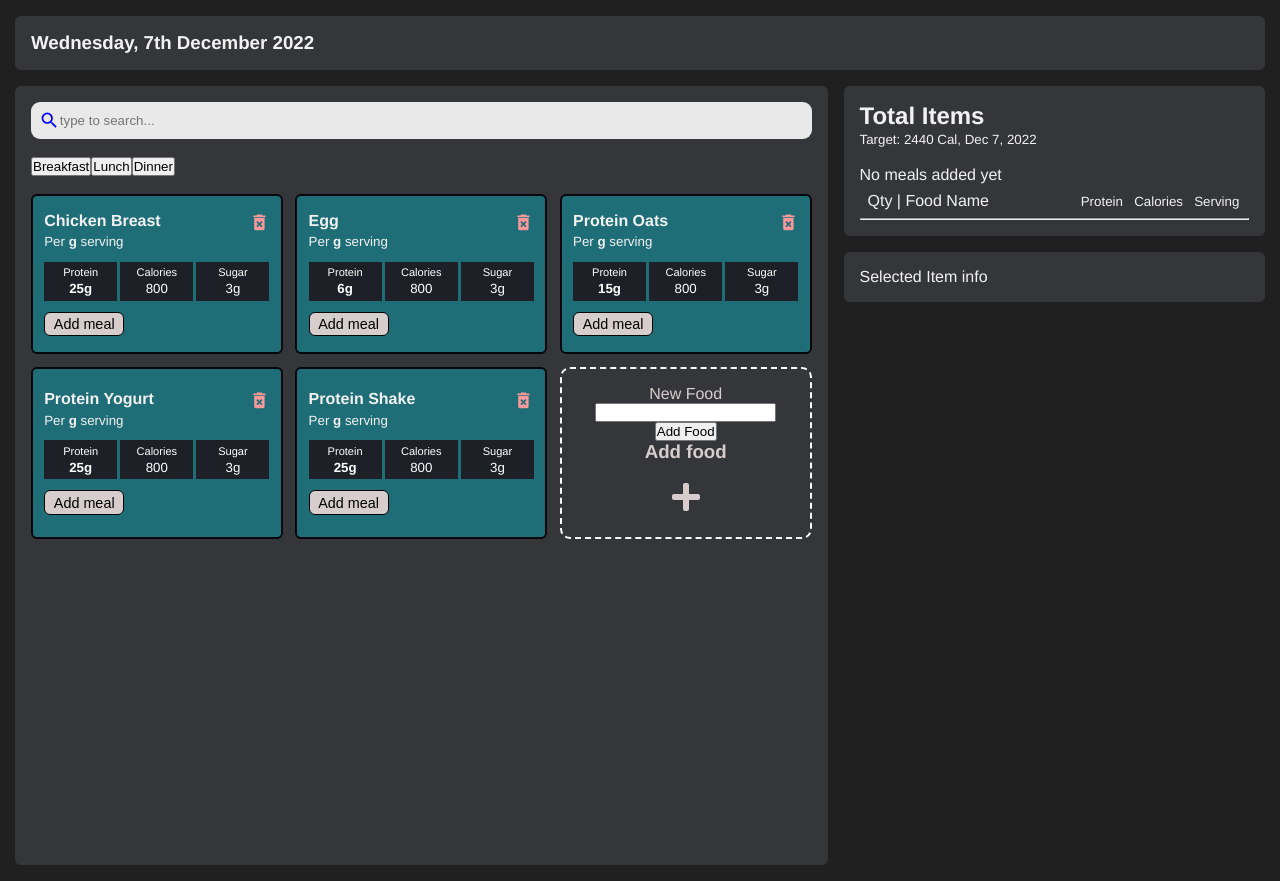
Repository: CEEPREL/NutritionTracker
Page: /
An editor plug-in stored every save of this project. The page is shown before and after the next save, followed by the edit.
The browser window is 1280 px wide. The pictures show the whole page.
The project was rebuilt for these pictures with package versions that can differ from the ones it lists, and the page was loaded fresh each time. Also part of the build but not shown: vite.config.js, src/components/Header.js.

Above is the page before, as saved 2022-12-15 18:55:00.

After the next save:
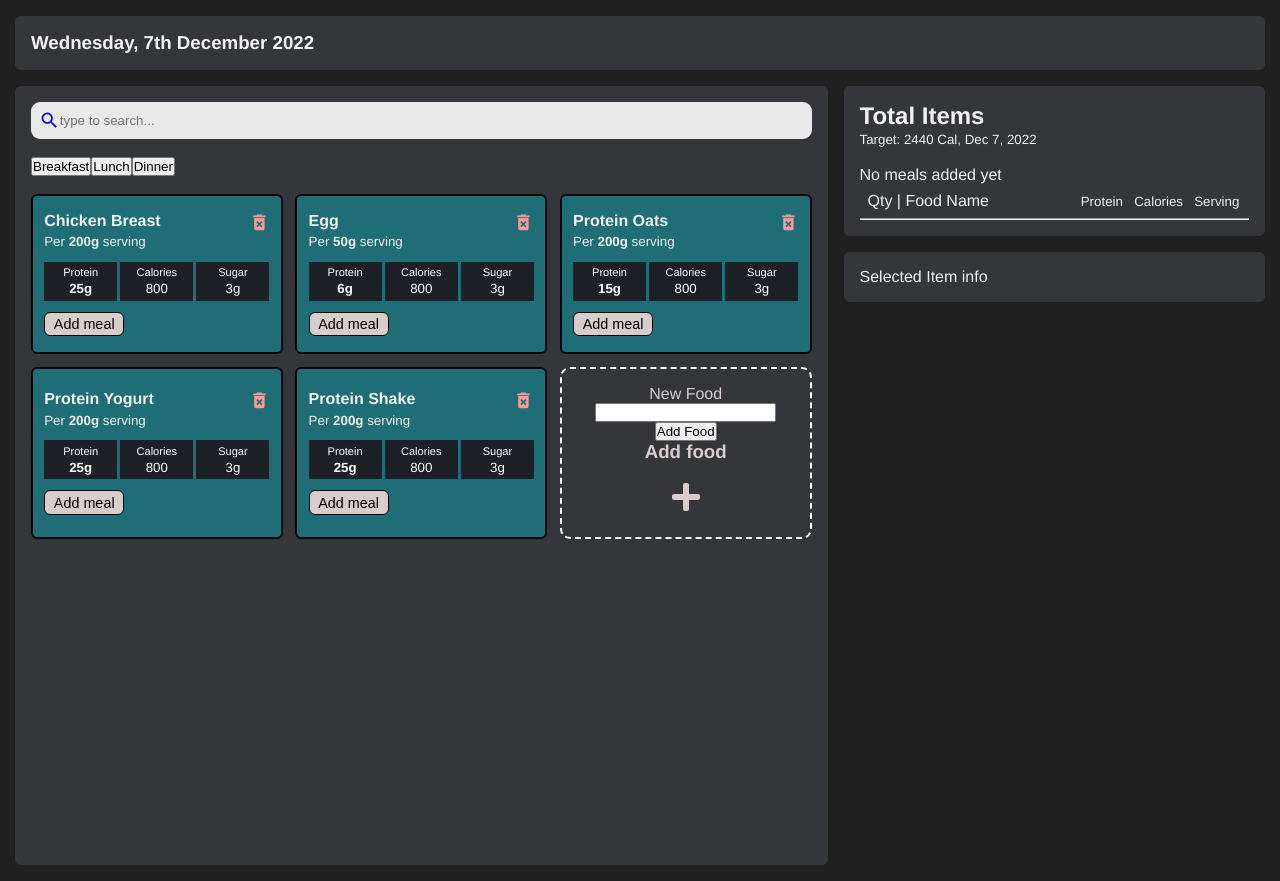
Saved 7 s later.
--- a/src/components/Food.js
+++ b/src/components/Food.js
@@ -15,7 +15,7 @@ export default function Food({ handleDeleteFoodItem, item, food, onAdd, onRemove
                         color="rgb(249, 152, 152)"
                         />
                 </div>
-                <p><small>Per <b>{food.size}g </b>serving </small></p>
+                <p><small>Per <b>{food.serving}g </b>serving </small></p>
             </div>
 
             {/* <img className="small" src={food.image} alt={food.name}></img> */}
